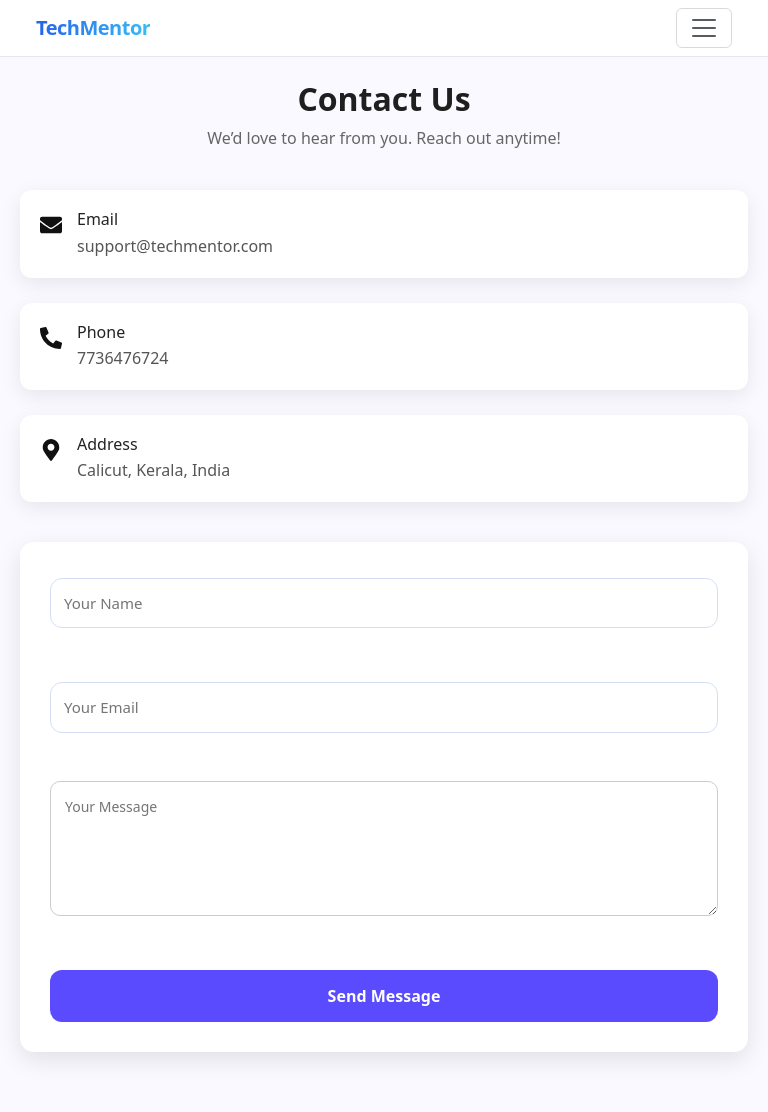
Repository: Aswin74k/project-2
Page: /#/contact
An editor plug-in stored every save of this project. The page is shown before and after the next save, followed by the edit.
The browser window is 768 px wide. The pictures show the whole page.
An inner scrolling area shows only its first screen. The project was rebuilt for these pictures with package versions that can differ from the ones it lists, and the page was loaded fresh each time. Also part of the build but not shown: vite.config.js, src/project/Home.jsx, src/project/Course.jsx, src/project/About.css, src/project/About.jsx, src/project/Enroll.jsx, src/project/ProtectedRoute.jsx.

Above is the page before, as saved 2026-01-02 22:33:26.

After the next save:
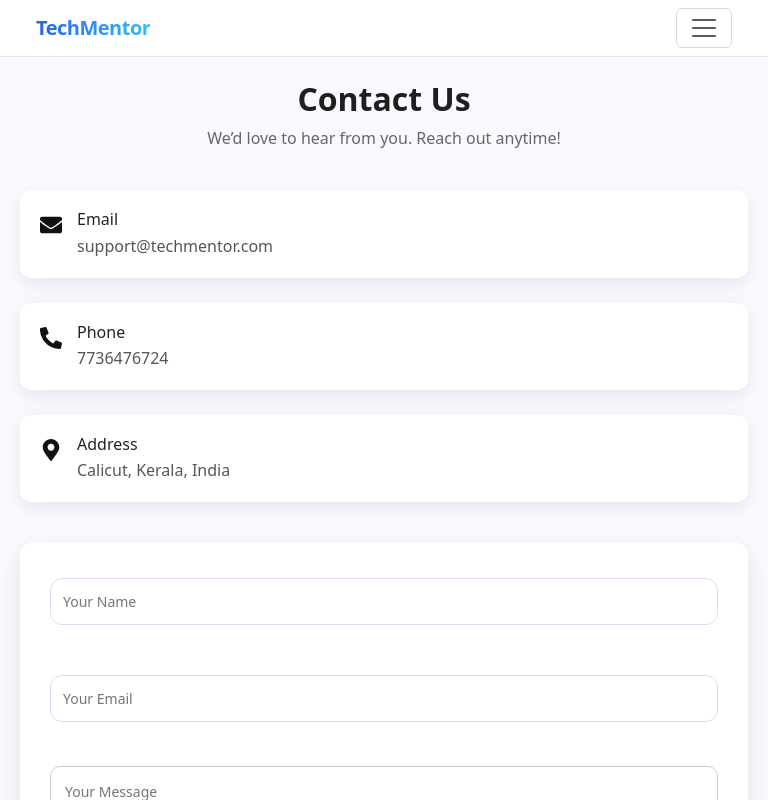
Saved 40 s later.
--- a/src/project/Enroll.css
+++ b/src/project/Enroll.css
@@ -2,19 +2,27 @@
   box-sizing: border-box;
 }
 
+/* PREVENT PAGE SCROLL */
+html, body {
+  height: 100%;
+  overflow: hidden;
+}
+
+/* PAGE */
 .enroll-page {
-  min-height: 100vh;
+  height: 100vh;
   display: flex;
   justify-content: center;
   align-items: center;
   background: radial-gradient(circle at top, #eef3ff, #e6edff);
   font-family: "Poppins", sans-serif;
-  padding: 20px;
-}
-
+}
+
+/* LAYOUT */
 .enroll-layout {
+  width: 100%;
   max-width: 1050px;
-  width: 100%;
+  height: 620px;
   display: flex;
   border-radius: 22px;
   overflow: hidden;
@@ -55,17 +63,20 @@
 .enroll-container {
   flex: 1;
   background: #fff;
-  padding: 42px;
+  padding: 36px;
+  display: flex;
+  flex-direction: column;
+  justify-content: center;
 }
 
 .enroll-container h3 {
   text-align: center;
-  margin-bottom: 16px;
+  margin-bottom: 10px;
 }
 
 /* FORM */
 .form-group {
-  margin-bottom: 18px;
+  margin-bottom: 14px;
 }
 
 .form-group label {
@@ -75,11 +86,11 @@
 
 .form-group input {
   width: 100%;
-  padding: 13px;
+  padding: 12px;
   margin-top: 6px;
   border-radius: 12px;
   border: 1.5px solid #d6def6;
-  font-size: 15px;
+  font-size: 14px;
 }
 
 .form-group input:focus {
@@ -92,68 +103,48 @@
   border-color: #dc3545;
 }
 
-/* ERROR – NO JUMP */
+/* ERRORS */
 .field-error {
-  display: block;
-  min-height: 16px;
-  margin-top: 4px;
+  min-height: 14px;
   font-size: 12px;
-  color: #dc3545;
+  color: #dc2626;
 }
 
 /* BUTTONS */
 .enroll-btn {
   width: 100%;
-  padding: 14px;
+  padding: 13px;
   margin-top: 8px;
   border-radius: 14px;
   border: none;
   background: linear-gradient(135deg, #0d6efd, #0047c2);
   color: #fff;
-  font-size: 16px;
-  font-weight: 600;
-  cursor: pointer;
-}
-
-.enroll-btn:hover {
-  box-shadow: 0 14px 32px rgba(13,110,253,0.4);
+  font-size: 15px;
+  font-weight: 600;
 }
 
 .back-btn {
-  margin-top: 12px;
+  margin-top: 10px;
   background: none;
   border: none;
   color: #0d6efd;
   font-weight: 600;
-  cursor: pointer;
-  display: block;
-  width: 100%;
-}
-
-/* PREVENT SIZE JUMP */
+}
+
+/* TOP ERROR */
 .top-error-holder {
-  min-height: 22px;
-  margin-bottom: 10px;
+  min-height: 20px;
+  margin-bottom: 8px;
 }
 
 .top-error-msg {
   color: #dc2626;
-  font-size: 14px;
+  font-size: 13px;
   font-weight: 600;
   text-align: center;
 }
 
-/* FIELD ERROR */
-.field-error {
-  display: block;
-  min-height: 16px;
-  font-size: 12px;
-  margin-top: 4px;
-  color: #dc2626;
-}
-
 /* ===== PREMIUM MODAL ===== */
-
 .modal-overlay {
   position: fixed;
   inset: 0;
@@ -165,21 +156,15 @@
   z-index: 9999;
 }
 
-/* MODAL BOX */
 .modal-box.premium {
   background: linear-gradient(180deg, #ffffff, #f8fafc);
   width: 360px;
-  max-width: 92%;
-  padding: 32px 28px;
+  padding: 32px;
   border-radius: 20px;
   text-align: center;
-  box-shadow:
-    0 25px 60px rgba(0,0,0,0.25),
-    inset 0 1px 0 rgba(255,255,255,0.6);
   animation: modalSlide 0.35s ease;
 }
 
-/* ICON */
 .modal-icon-wrapper {
   width: 72px;
   height: 72px;
@@ -189,49 +174,23 @@
   display: flex;
   align-items: center;
   justify-content: center;
-  box-shadow: 0 12px 28px rgba(34,197,94,0.45);
 }
 
 .modal-icon {
   color: #fff;
   font-size: 34px;
-  font-weight: 700;
-}
-
-/* TEXT */
-.modal-box h3 {
-  margin: 10px 0 6px;
-  font-size: 20px;
-  font-weight: 700;
-  color: #16a34a;
-}
-
-.modal-box p {
-  font-size: 14px;
-  color: #475569;
-  line-height: 1.6;
-  margin-bottom: 18px;
-}
-
-/* BUTTON */
+}
+
 .modal-btn {
+  margin-top: 18px;
   padding: 12px 34px;
   border-radius: 999px;
   border: none;
   background: linear-gradient(135deg, #2563eb, #1e40af);
   color: #fff;
-  font-size: 15px;
-  font-weight: 600;
-  cursor: pointer;
-  transition: transform 0.15s ease, box-shadow 0.15s ease;
-}
-
-.modal-btn:hover {
-  transform: translateY(-1px);
-  box-shadow: 0 14px 30px rgba(37,99,235,0.45);
-}
-
-/* ANIMATION */
+  font-weight: 600;
+}
+
 @keyframes modalSlide {
   from {
     transform: translateY(20px) scale(0.95);
@@ -242,9 +201,15 @@
     opacity: 1;
   }
 }
+
 /* RESPONSIVE */
 @media (max-width: 900px) {
   .enroll-layout {
     flex-direction: column;
-  }
-}
+    height: auto;
+  }
+
+  html, body {
+    overflow: auto;
+  }
+}

After the save that followed:
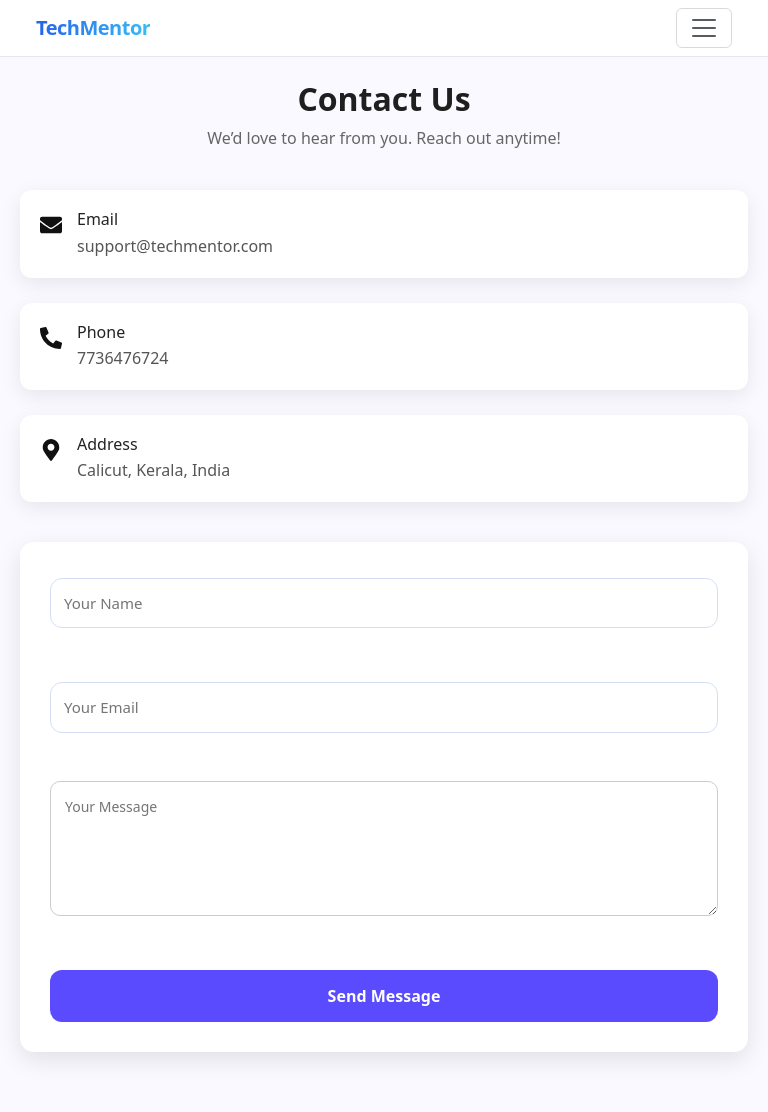
Saved 72 s later.
--- a/src/project/Enroll.css
+++ b/src/project/Enroll.css
@@ -2,27 +2,19 @@
   box-sizing: border-box;
 }
 
-/* PREVENT PAGE SCROLL */
-html, body {
-  height: 100%;
-  overflow: hidden;
-}
-
-/* PAGE */
 .enroll-page {
-  height: 100vh;
+  min-height: 100vh;
   display: flex;
   justify-content: center;
   align-items: center;
   background: radial-gradient(circle at top, #eef3ff, #e6edff);
   font-family: "Poppins", sans-serif;
-}
-
-/* LAYOUT */
+  padding: 20px;
+}
+
 .enroll-layout {
-  width: 100%;
   max-width: 1050px;
-  height: 620px;
+  width: 100%;
   display: flex;
   border-radius: 22px;
   overflow: hidden;
@@ -63,20 +55,17 @@
 .enroll-container {
   flex: 1;
   background: #fff;
-  padding: 36px;
-  display: flex;
-  flex-direction: column;
-  justify-content: center;
+  padding: 42px;
 }
 
 .enroll-container h3 {
   text-align: center;
-  margin-bottom: 10px;
+  margin-bottom: 16px;
 }
 
 /* FORM */
 .form-group {
-  margin-bottom: 14px;
+  margin-bottom: 18px;
 }
 
 .form-group label {
@@ -86,11 +75,11 @@
 
 .form-group input {
   width: 100%;
-  padding: 12px;
+  padding: 13px;
   margin-top: 6px;
   border-radius: 12px;
   border: 1.5px solid #d6def6;
-  font-size: 14px;
+  font-size: 15px;
 }
 
 .form-group input:focus {
@@ -103,48 +92,68 @@
   border-color: #dc3545;
 }
 
-/* ERRORS */
+/* ERROR – NO JUMP */
 .field-error {
-  min-height: 14px;
+  display: block;
+  min-height: 16px;
+  margin-top: 4px;
   font-size: 12px;
-  color: #dc2626;
+  color: #dc3545;
 }
 
 /* BUTTONS */
 .enroll-btn {
   width: 100%;
-  padding: 13px;
+  padding: 14px;
   margin-top: 8px;
   border-radius: 14px;
   border: none;
   background: linear-gradient(135deg, #0d6efd, #0047c2);
   color: #fff;
-  font-size: 15px;
-  font-weight: 600;
+  font-size: 16px;
+  font-weight: 600;
+  cursor: pointer;
+}
+
+.enroll-btn:hover {
+  box-shadow: 0 14px 32px rgba(13,110,253,0.4);
 }
 
 .back-btn {
-  margin-top: 10px;
+  margin-top: 12px;
   background: none;
   border: none;
   color: #0d6efd;
   font-weight: 600;
-}
-
-/* TOP ERROR */
+  cursor: pointer;
+  display: block;
+  width: 100%;
+}
+
+/* PREVENT SIZE JUMP */
 .top-error-holder {
-  min-height: 20px;
-  margin-bottom: 8px;
+  min-height: 22px;
+  margin-bottom: 10px;
 }
 
 .top-error-msg {
   color: #dc2626;
-  font-size: 13px;
+  font-size: 14px;
   font-weight: 600;
   text-align: center;
 }
 
+/* FIELD ERROR */
+.field-error {
+  display: block;
+  min-height: 16px;
+  font-size: 12px;
+  margin-top: 4px;
+  color: #dc2626;
+}
+
 /* ===== PREMIUM MODAL ===== */
+
 .modal-overlay {
   position: fixed;
   inset: 0;
@@ -156,15 +165,21 @@
   z-index: 9999;
 }
 
+/* MODAL BOX */
 .modal-box.premium {
   background: linear-gradient(180deg, #ffffff, #f8fafc);
   width: 360px;
-  padding: 32px;
+  max-width: 92%;
+  padding: 32px 28px;
   border-radius: 20px;
   text-align: center;
+  box-shadow:
+    0 25px 60px rgba(0,0,0,0.25),
+    inset 0 1px 0 rgba(255,255,255,0.6);
   animation: modalSlide 0.35s ease;
 }
 
+/* ICON */
 .modal-icon-wrapper {
   width: 72px;
   height: 72px;
@@ -174,23 +189,49 @@
   display: flex;
   align-items: center;
   justify-content: center;
+  box-shadow: 0 12px 28px rgba(34,197,94,0.45);
 }
 
 .modal-icon {
   color: #fff;
   font-size: 34px;
-}
-
+  font-weight: 700;
+}
+
+/* TEXT */
+.modal-box h3 {
+  margin: 10px 0 6px;
+  font-size: 20px;
+  font-weight: 700;
+  color: #16a34a;
+}
+
+.modal-box p {
+  font-size: 14px;
+  color: #475569;
+  line-height: 1.6;
+  margin-bottom: 18px;
+}
+
+/* BUTTON */
 .modal-btn {
-  margin-top: 18px;
   padding: 12px 34px;
   border-radius: 999px;
   border: none;
   background: linear-gradient(135deg, #2563eb, #1e40af);
   color: #fff;
-  font-weight: 600;
-}
-
+  font-size: 15px;
+  font-weight: 600;
+  cursor: pointer;
+  transition: transform 0.15s ease, box-shadow 0.15s ease;
+}
+
+.modal-btn:hover {
+  transform: translateY(-1px);
+  box-shadow: 0 14px 30px rgba(37,99,235,0.45);
+}
+
+/* ANIMATION */
 @keyframes modalSlide {
   from {
     transform: translateY(20px) scale(0.95);
@@ -201,15 +242,9 @@
     opacity: 1;
   }
 }
-
 /* RESPONSIVE */
 @media (max-width: 900px) {
   .enroll-layout {
     flex-direction: column;
-    height: auto;
   }
-
-  html, body {
-    overflow: auto;
-  }
-}
+}
